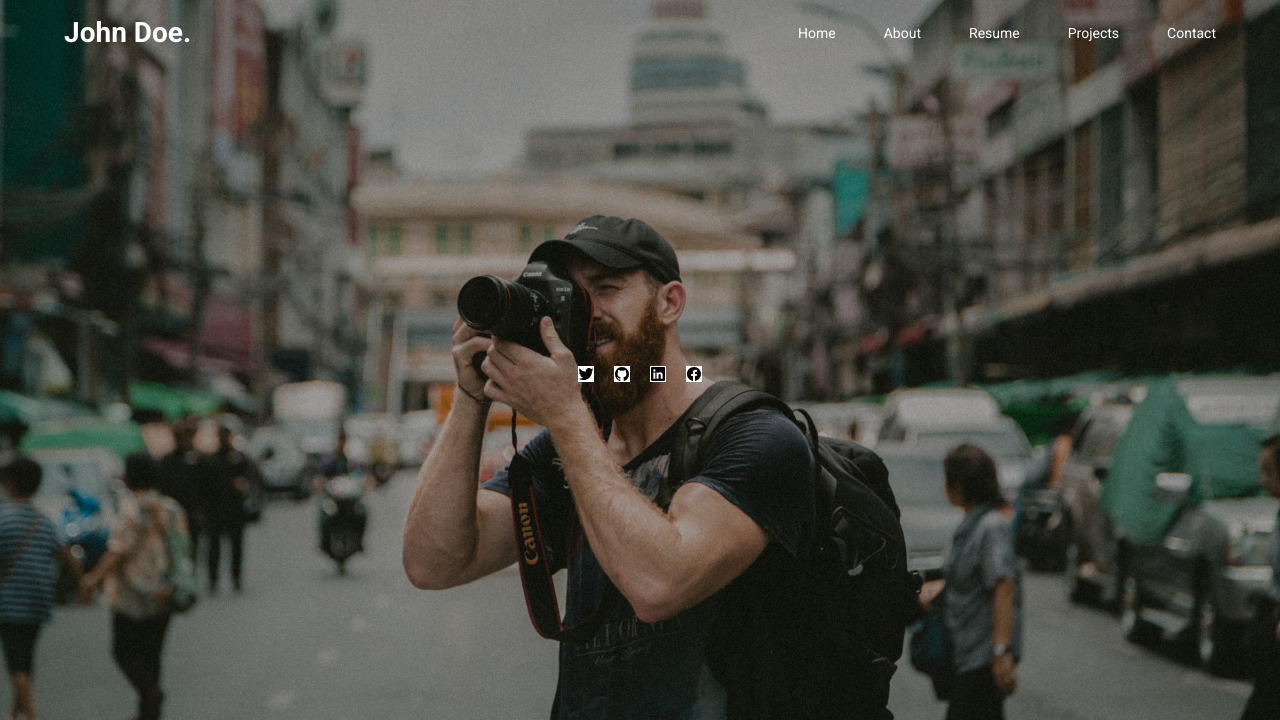
Repository: DevAntonioRogers/portfolio-tutorial
Page: index.html
The author's editor kept a copy of each file at every save. The page is drawn from the files as they stood at one save, then again after the next save.
The browser window is 1280 px wide. The pictures show the whole page.

Above is the page before, as saved 2023-10-31 23:14:46.

### index.html
<!DOCTYPE html>
<html lang="en">
  <head>
    <meta charset="UTF-8" />
    <meta
      name="viewport"
      content="width=device-width, initial-scale=1.0"
    />
    <script src="https://unpkg.com/typed.js@2.0.16/dist/typed.umd.js"></script>
    <script
      type="module"
      src="https://unpkg.com/ionicons@7.1.0/dist/ionicons/ionicons.esm.js"
    ></script>
    <script
      nomodule
      src="https://unpkg.com/ionicons@7.1.0/dist/ionicons/ionicons.js"
    ></script>
    <link rel="stylesheet" href="./styles/main.css" />
    <title>John Doe Portfolio</title>
  </head>
  <body>
    <!-------- NAVBAR --------->
    <header>
      <nav role="navigation" aria-label="Navigation">
        <div class="container navbar">
          <h1>John Doe.</h1>

          <ul class="nav-menu">
            <li><a href="#home">Home</a></li>
            <li><a href="#about">About</a></li>
            <li><a href="#resume">Resume</a></li>
            <li><a href="#projects">Projects</a></li>
            <li><a href="#contact">Contact</a></li>
          </ul>

          <button
            aria-label="Toggle Mobile Menu"
            class="hamburger"
          >
            <span class="bar"></span>
            <span class="bar"></span>
            <span class="bar"></span>
          </button>
        </div>
      </nav>
    </header>

    <main>
      <!--HERO SECTION -->
      <section id="home" class="hero">
        <div class="hero-overlay"></div>
        <div class="container hero-content">
          <div class="hero-text">
            <h2 id="typed-text"></h2>
          </div>

          <div
            class="hero-socials"
            aria-label="Social Media Links"
          >
            <a href="#" aria-label="Twitter Link"
              ><ion-icon name="logo-twitter"></ion-icon
            ></a>
            <a href="#" aria-label="Github Link"
              ><ion-icon name="logo-github"></ion-icon
            ></a>
            <a href="#" aria-label="LinkedIn Link"
              ><ion-icon name="logo-linkedin"></ion-icon
            ></a>
            <a href="#" aria-label="Facebook Link"
              ><ion-icon name="logo-facebook"></ion-icon
            ></a>
          </div>
        </div>
      </section>
    </main>

    <script src="./app.js"></script>
  </body>
</html>

### styles/main.css
@import url("https://fonts.googleapis.com/css2?family=Roboto:wght@100;400;500;700&display=swap");
@import url(./navbar.css);
@import url(./hero.css);
* {
  box-sizing: border-box;
  padding: 0;
  margin: 0;
  font-family: "Roboto", sans-serif;
}

html {
  scroll-behavior: smooth;
}

li {
  list-style: none;
}

a {
  text-decoration: none;
  color: inherit;
}

button {
  outline: none;
  border: none;
  background: inherit;
}

.container {
  width: 90%;
  margin: 0 auto;
  max-width: 1400px;
  height: 100%;
}

article {
  padding: 20px 0;
  display: flex;
  flex-direction: column;
  gap: 10px;
  border: solid 1px #dad9d9;
}

### app.js
//NAVBAR

const hamburger = document.querySelector('.hamburger')
const navMenu = document.querySelector('.nav-menu')
const body = document.querySelector('body')
const navLinks = navMenu.querySelectorAll('li');

hamburger.addEventListener('click', () => {
  hamburger.classList.toggle('active')
  navMenu.classList.toggle('active')
  body.classList.toggle("no-scroll")
})

function closeMenu() {
  hamburger.classList.remove('active')
  navMenu.classList.remove('active')
  body.classList.remove("no-scroll")
}

navLinks.forEach((link) => {
  link.addEventListener('click', closeMenu)
})

### styles/navbar.css
nav {
  background-color: transparent;
  position: fixed;
  width: 100%;
  z-index: 999;
  top: 0;
  left: 0;
  padding: 1rem 0;
}

.navbar {
  display: flex;
  justify-content: space-between;
  align-items: center;
}

.navbar h1 {
  color: white;
  font-size: 28px;
}

.nav-menu {
  display: flex;
  gap: 3rem;
  align-items: center;
}

.nav-menu li {
  font-size: 14px;
  color: white;
}

.bar {
  background-color: white;
  display: block;
  width: 23px;
  height: 2px;
  margin: 5px auto;
  transition: all 0.3s ease-in-out;
}

.hamburger {
  display: none;
  z-index: 999;
}

@media only screen and (max-width: 768px) {
  .hamburger {
    display: block;
  }

  .nav-menu {
    position: fixed;
    top: 0;
    right: 0;
    width: 100%;
    height: 100%;
    flex-direction: column;
    align-items: center;
    background-color: black;
    padding: 20px 0;
    z-index: 10;
    transition: 0.3s ease-in-out;
    gap: 5rem;
    padding-top: 6rem;
    left: -100%;
  }

  .nav-menu.active {
    left: 0;
  }

  .hamburger.active .bar:nth-child(2) {
    opacity: 0;
  }

  .hamburger.active .bar:nth-child(1) {
    transform: translateY(8px) rotate(45deg);
  }

  .hamburger.active .bar:nth-child(3) {
    transform: translatey(-6px) rotate(-45deg);
  }
}

### styles/hero.css
.hero {
  position: relative;
  height: 100vh;
  background: url(/assets/hero.jpg);
  background-size: cover;
  z-index: 1;
  background-attachment: fixed;
}

.hero-overlay {
  position: absolute;
  width: 100%;
  height: 100%;
  background-color: #0000005e;
  top: 0;
  left: 0;
  z-index: 1;
}

.hero-content {
  display: flex;
  gap: 2rem;
  flex-direction: column;
  align-items: center;
  justify-content: center;
  position: relative;
  z-index: 2;
  color: white;
}

.hero-socials {
  display: flex;
  align-items: center;
  gap: 20px;
}

.hero-socials ion-icon {
  background-color: white;
  color: black;
}

After the next save:
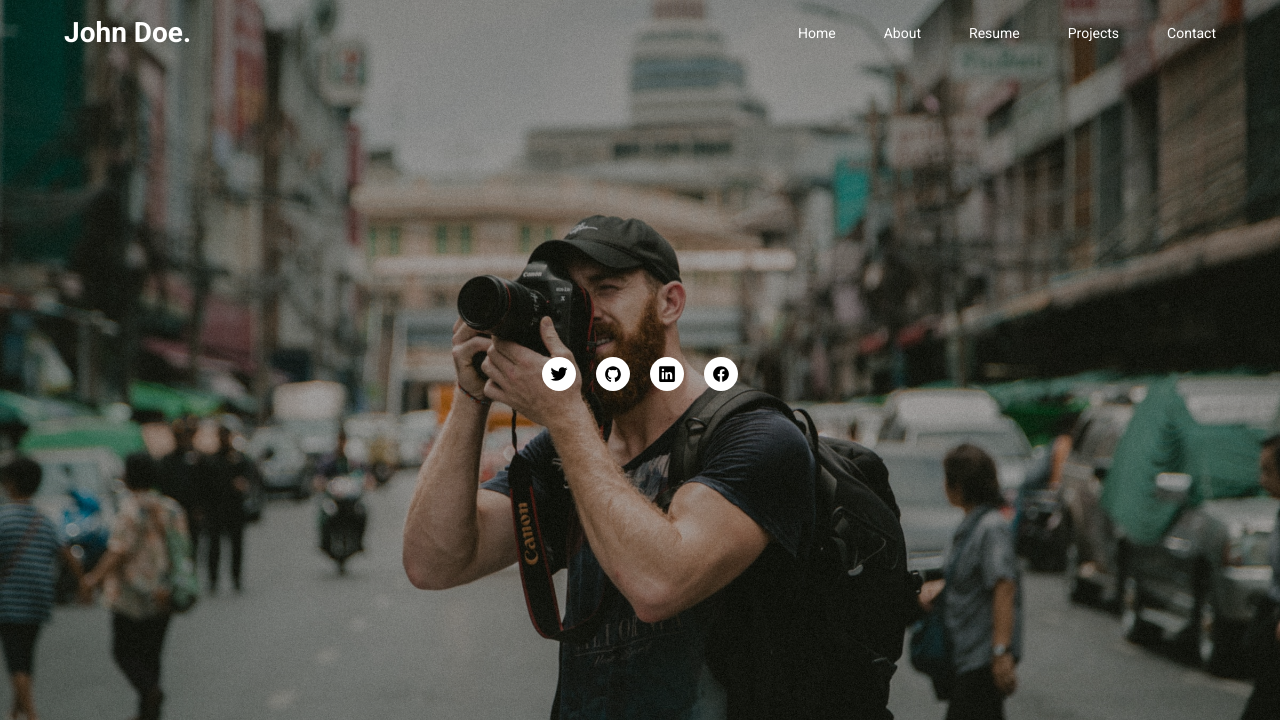
Saved 18 s later.
--- a/styles/hero.css
+++ b/styles/hero.css
@@ -37,4 +37,7 @@
 .hero-socials ion-icon {
   background-color: white;
   color: black;
+  padding: 8px;
+  border-radius: 100%;
+  font-size: 18px;
 }
